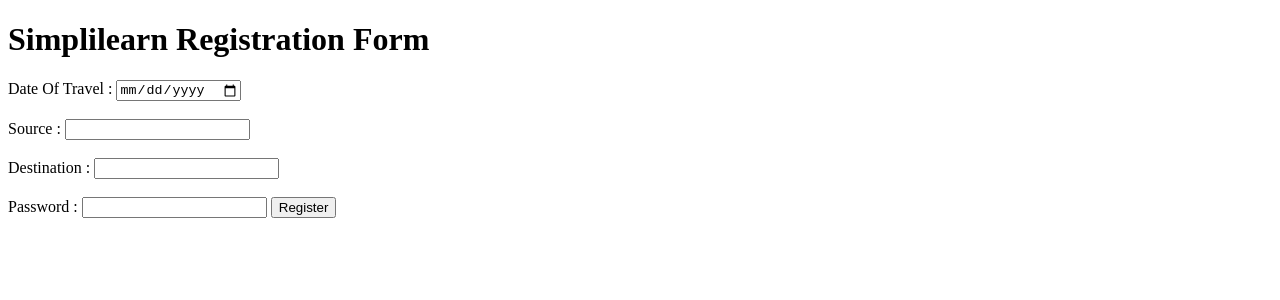
Repository: RamJangid/AdvanceJavaDone
Page: http://localhost/FlyAway/Welcome.jsp
An editor plug-in stored every save of this project. The page is shown before and after the next save, followed by the edit.
The browser window is 1280 px wide. The pictures show the whole page.
The page is served by Tomcat 9.

Above is the page before, as saved 2022-09-20 09:55:36.

After the next save:
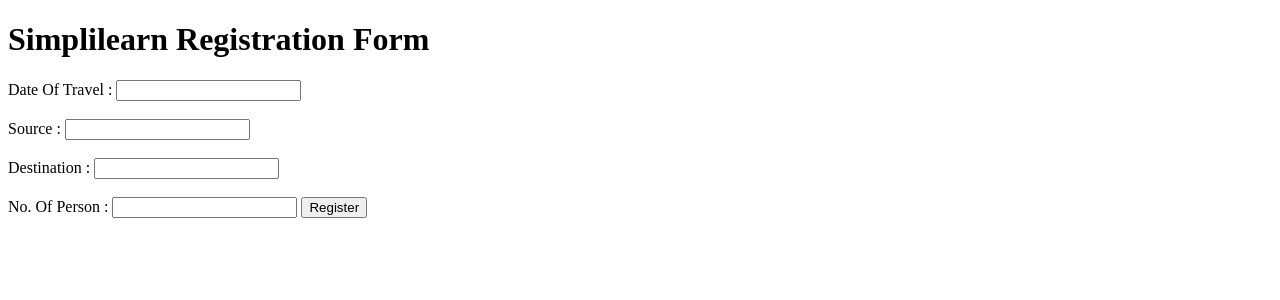
Saved 71 s later.
--- a/FlyAway/src/main/webapp/Welcome.jsp
+++ b/FlyAway/src/main/webapp/Welcome.jsp
@@ -12,13 +12,13 @@
 
 	<form action="<%= request.getContextPath()%>/insert" method="post">
 
-	Date Of Travel : <input type ="date" name = "dateOfTravel">
+	Date Of Travel : <input type ="text" name = "dateOfTravel">
 	<br><br>
 	Source : <input type ="text" name = "source">
 	<br><br>
 	Destination : <input type ="text" name ="destination">
 	<br><br>
-	Password : <input type ="password" name ="password">
+	No. Of Person : <input type ="text" name ="No_Of_Person">
 
 	<tr>
 
